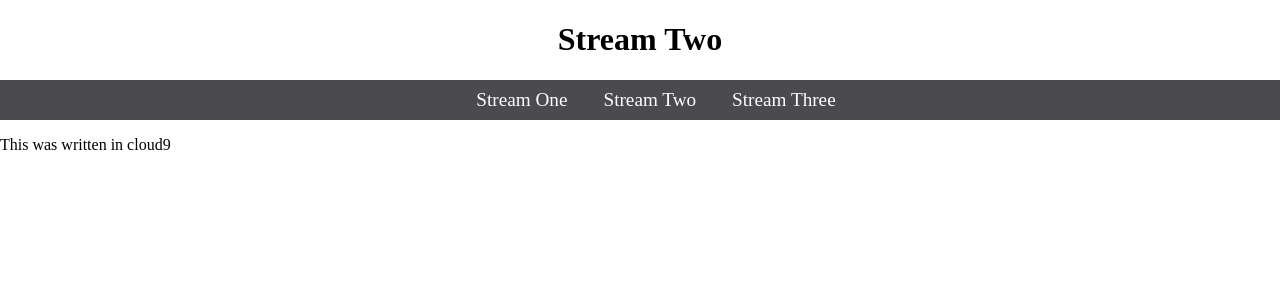
Repository: mfaherty/MyFirstWebSite
Page: Stream-two.html
The author's editor kept a record of every edit. The page is drawn from the files as they stood at one moment, then again after the next edit.
The browser window is 1280 px wide. The pictures show the whole page.

Above is the page before.

### Stream-two.html
<!DOCTYPE html>
 <html>
    <head>
    <title>Stream Two</title>
    <link rel="stylesheet" href="css/style.css" type="text/css" />
    </head>
     <body>
        <h1> Stream Two </h1>
     </body>
      <nav>
      	<ul>
      	<li> <a href="Stream-one.html">Stream One</a></li>
      	<li> <a href="Stream-two.html">Stream Two</a></li>
      	<li> <a href="Stream-three.html">Stream Three</a></li>
      	</ul>
      </nav>

     <p> This was written in cloud9 </p>
 </html>

### css/style.css
body {
    margin: 0;
    padding: 0;
    font-family: 'oswald', 'sans-serif'
}
nav ul {
    list-style: none;
    background-color: #4a4a4f;
    text-align: center;
    margin: 0;
    padding: 0;
}

nav li {
    font-size: 1.2em ;
    line-height: 40px;
    height: 40px;
    display: inline-block;
    margin-left: 2.5% ;

    }
nav a {
    text-decoration: none;
    color: #ffffff;
    display: block;
}

nav a:hover {
    background-color: #000000;
    color: #4a4a4f;
}
.card{
    float: left;
    width:20%;
    margin-left: 10%:
}
.card a{
    text-align: center;

}
img {
    width: 100%;
}

h1 {
    text-align: center;

}

After the next edit:
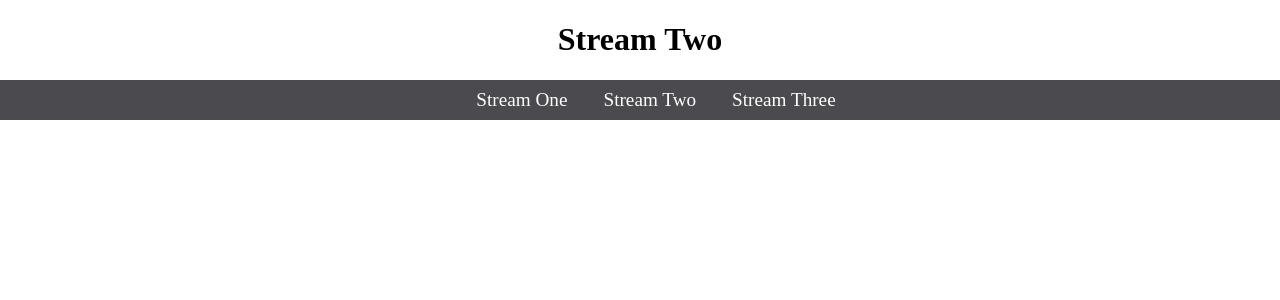
The edit:
--- a/Stream-two.html
+++ b/Stream-two.html
@@ -15,5 +15,10 @@
       	</ul>
       </nav>
 
-     <p> This was written in cloud9 </p>
+     <div class="card">
+        <a href="https://en.wikipedia.org/wiki/HTML5"
+        <img src="https://goo.gl/images/dq8kKv></img>
+        <h2>HTML5</h2>
+
+     </div>
  </html>
